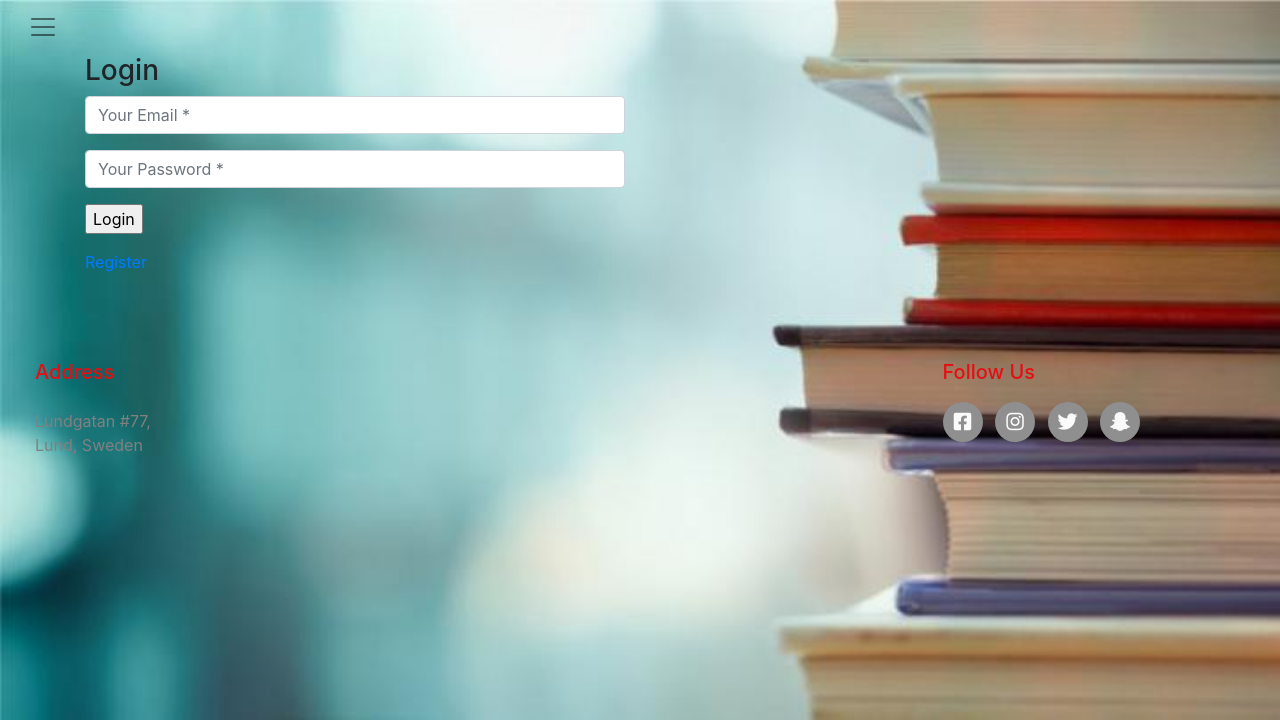
Repository: haithem2005/book-store2
Page: signup.html
The author's editor kept a record of every edit. The page is drawn from the files as they stood at one moment, then again after the next edit.
The browser window is 1280 px wide. The pictures show the whole page.
Backgrounds fixed to the window are drawn as part of the page. Some web fonts or font styles are not loaded; a fallback is used. Some web libraries are served in a nearby version.

Above is the page before.

After the next edit:
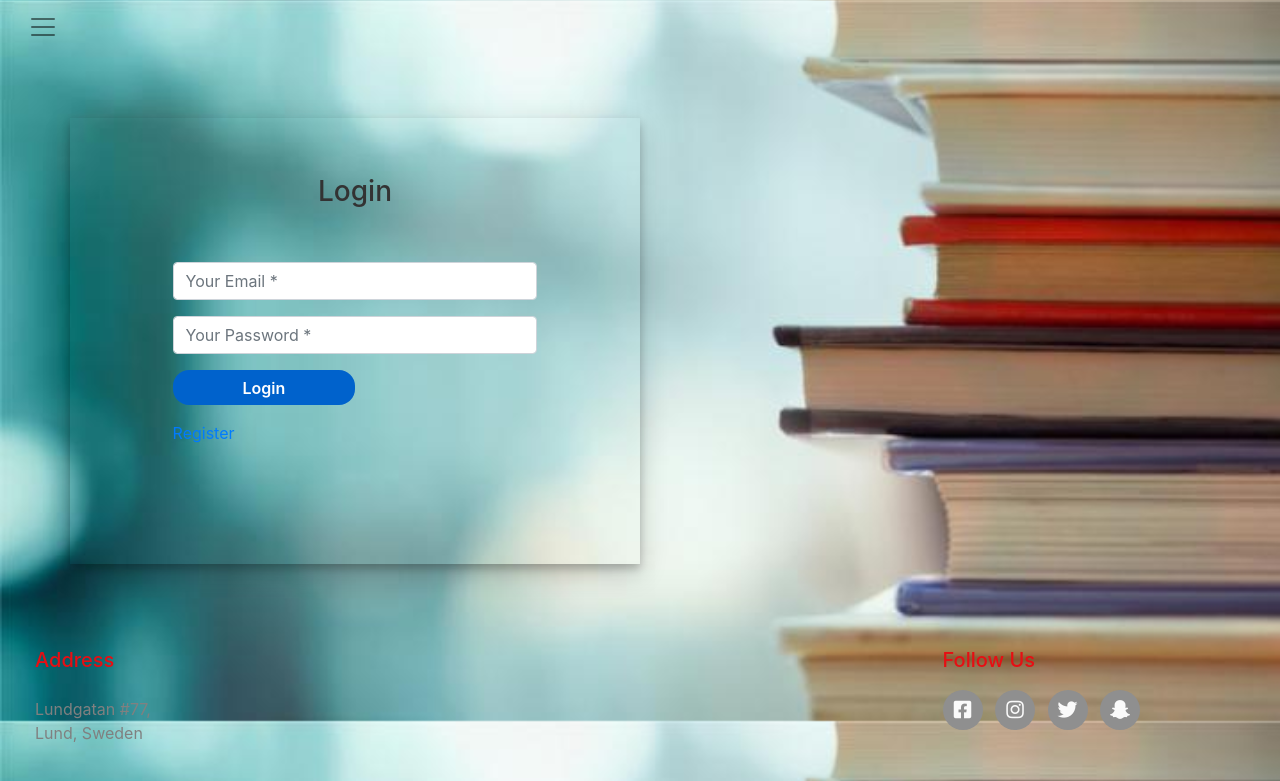
The edit:
--- a/assets/css/style.css
+++ b/assets/css/style.css
@@ -252,3 +252,39 @@ button[type="submit"]{
     color: #fafafa;
 
 }
+
+/*section for form*/
+.login-container{
+    margin-top: 5%;
+    margin-bottom: 5%;
+}
+.login-form-1{
+    padding: 5%;
+    box-shadow: 0 5px 8px 0 rgba(0, 0, 0, 0.2), 0 9px 26px 0 rgba(0, 0, 0, 0.19);
+}
+.login-form-1 h3{
+    text-align: center;
+    color: #333;
+}
+.login-container form{
+
+    padding: 10%;
+}
+.btnSubmit
+{
+    width: 50%;
+    border-radius: 1rem;
+    padding: 1.5%;
+    border: none;
+    cursor: pointer;
+}
+.login-form-1 .btnSubmit{
+    font-weight: 600;
+    color: #fff;
+    background-color: #0062cc;
+}
+.login-form-1 .ForgetPwd{
+    color: #0062cc;
+    font-weight: 600;
+    text-decoration: none;
+}
